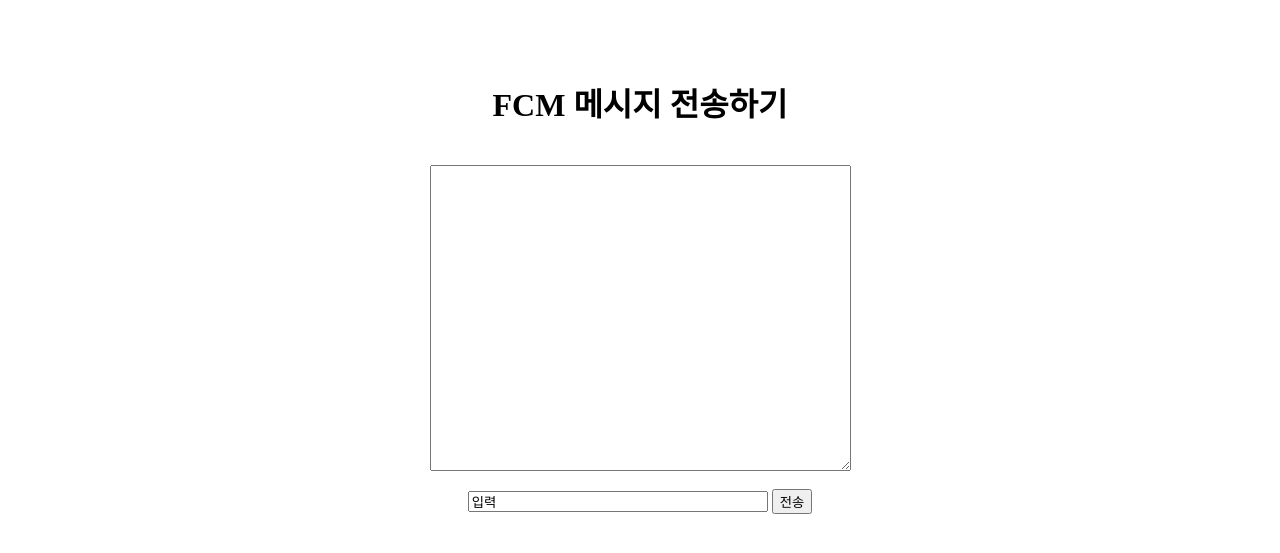
Repository: sonminho/aos
Page: http://localhost/Capston/fcm_test.jsp
The author's editor kept a copy of each file at every save. The page is drawn from the files as they stood at one save, then again after the next save.
The browser window is 1280 px wide. The pictures show the whole page.
The page is served by Tomcat 9.

Above is the page before, as saved 2017-11-19 05:09:06.

After the next save:
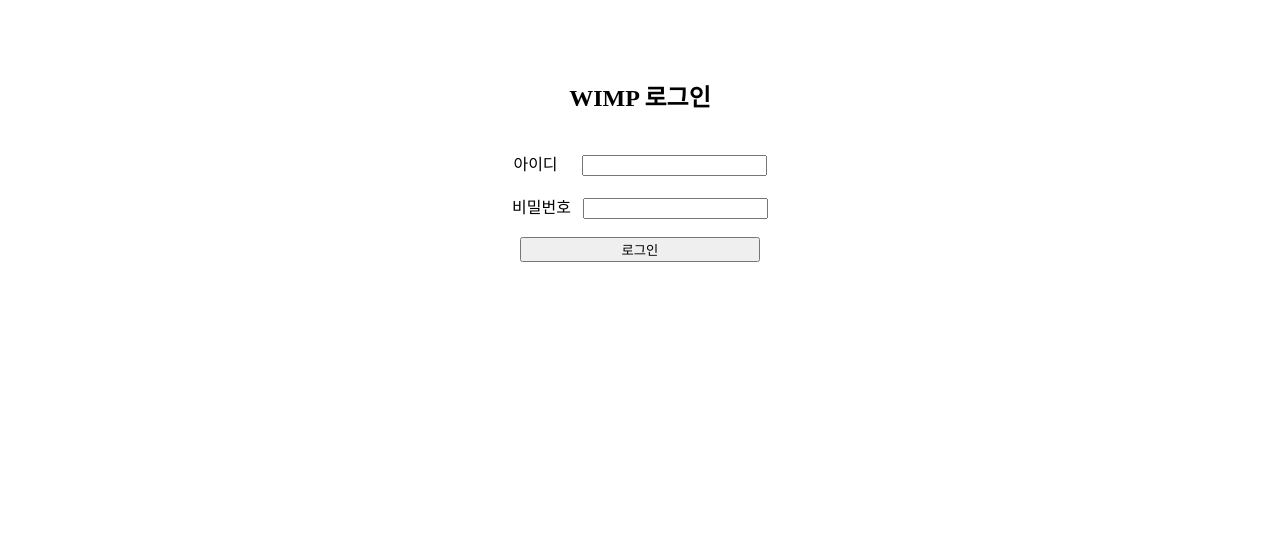
Saved 38 s later.
--- a/Capston_server/Capston/WebContent/fcm_test.jsp
+++ b/Capston_server/Capston/WebContent/fcm_test.jsp
@@ -2,7 +2,7 @@
     pageEncoding="EUC-KR"%>
 <%@ taglib uri="http://java.sun.com/jsp/jstl/core" prefix="c" %>
 <c:if test="${empty loginUser}">
-	<jsp forward page='login.jsp'/>
+	<jsp:forward page='login.jsp'/>
 </c:if>
 <!DOCTYPE html PUBLIC "-//W3C//DTD HTML 4.01 Transitional//EN" "http://www.w3.org/TR/html4/loose.dtd">
 <html>
